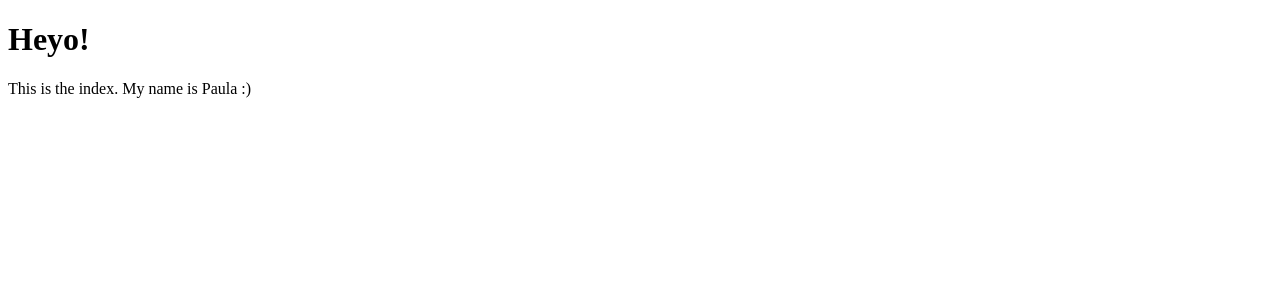
Repository: pflores002/pflores002.github.io
Page: index.html
The author's editor kept a record of every edit. The page is drawn from the files as they stood at one moment, then again after the next edit.
The browser window is 1280 px wide. The pictures show the whole page.

Above is the page before.

After the next edit:
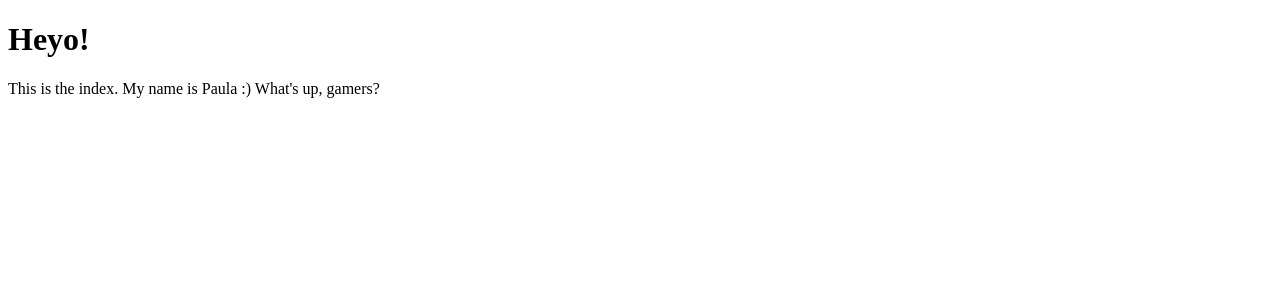
The edit:
--- a/index.html
+++ b/index.html
@@ -6,7 +6,7 @@
 <body>
 
 <h1>Heyo!</h1>
-<p>This is the index. My name is Paula :)</p>
+<p>This is the index. My name is Paula :) What's up, gamers?</p>
 
 </body>
 </html>
